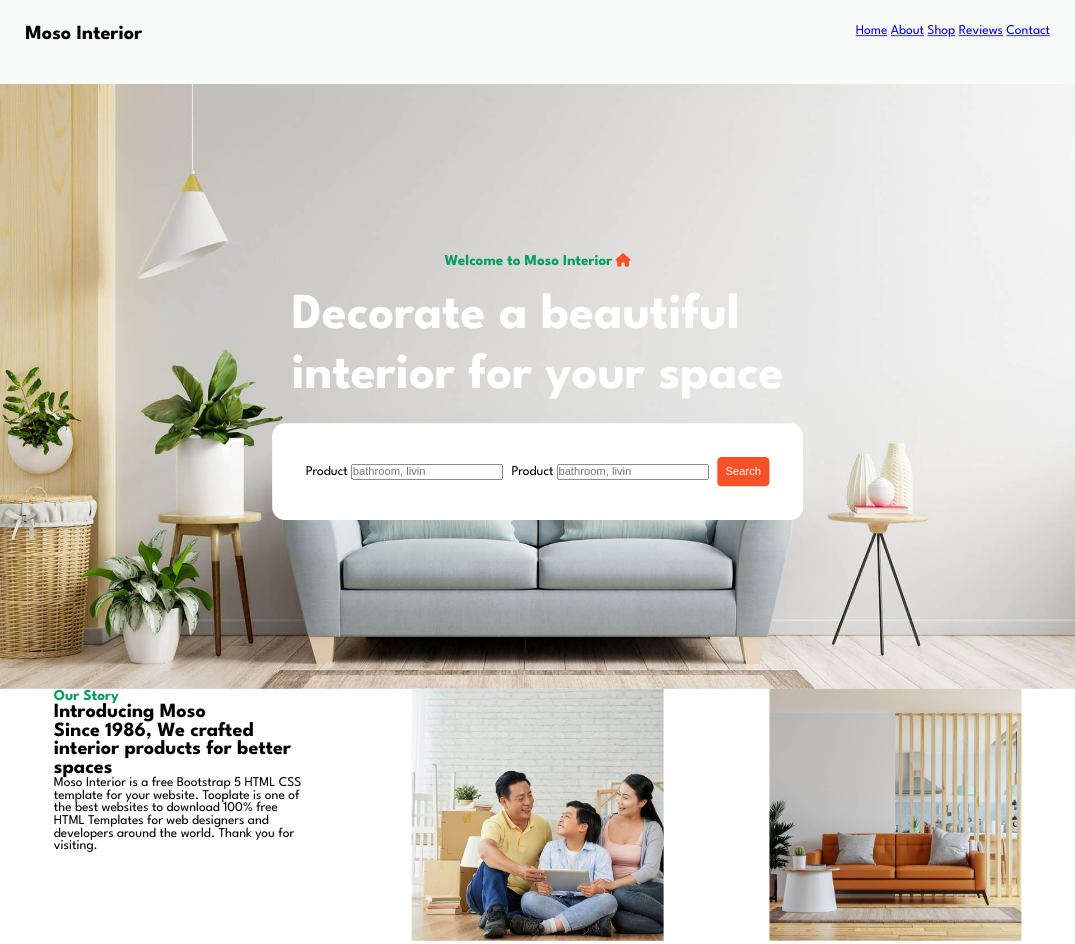
Repository: mariamnabil23/furniture
Page: index.html
The author's editor kept a copy of each file at every save. The page is drawn from the files as they stood at one save, then again after the next save.
The browser window is 1280 px wide. The pictures show the whole page, at 84% of full size.
Some web fonts or font styles are not loaded; a fallback is used.

Above is the page before, as saved 2024-10-30 16:09:17.

After the next save:
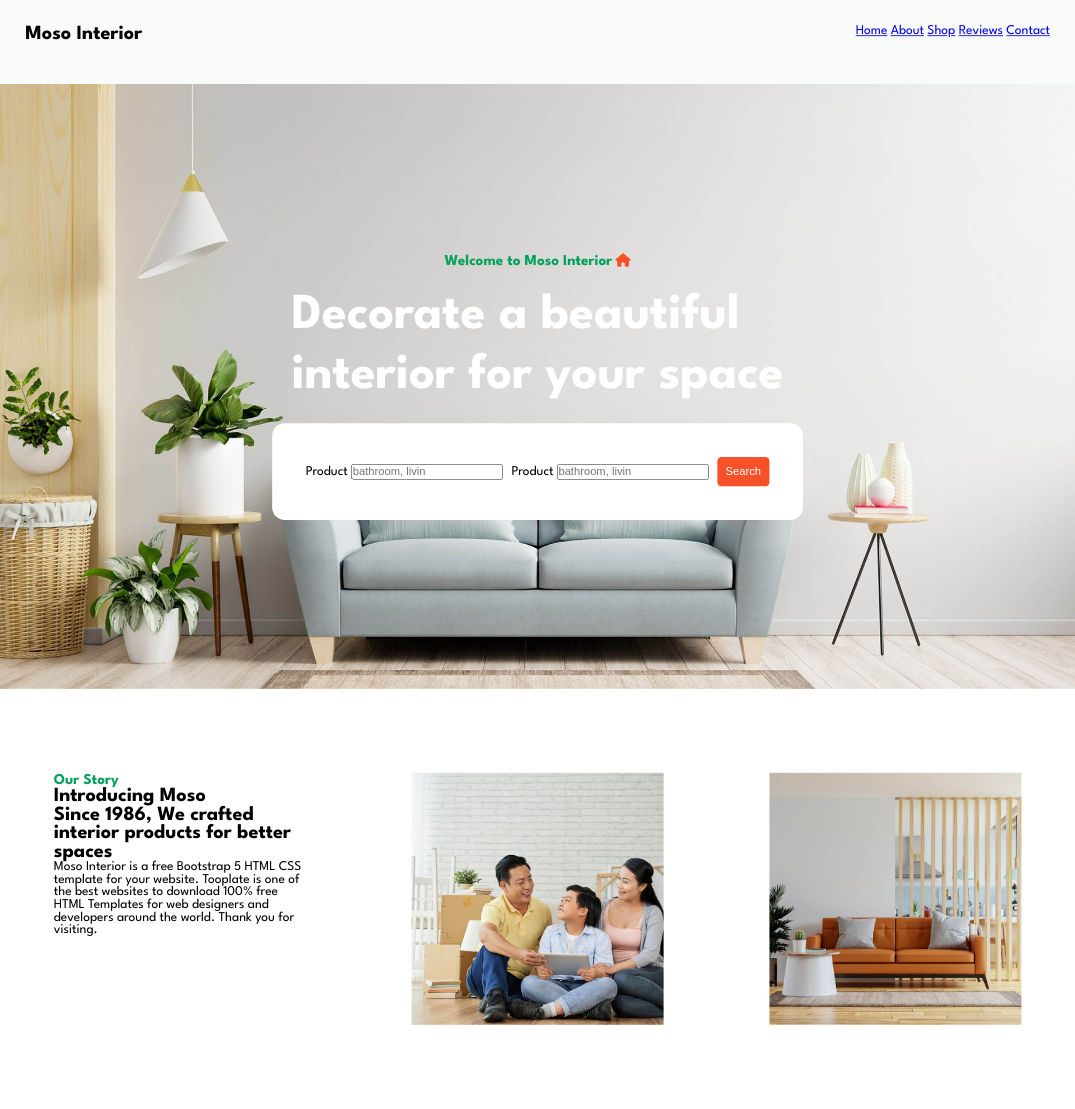
Saved 15 s later.
--- a/style.css
+++ b/style.css
@@ -98,7 +98,7 @@ ul{
     justify-content: space-between;
     align-items: center;
     width: 90%;
-    margin: auto;
+    margin: 100px auto;
 }
 .about .left{
     width: 300px;
